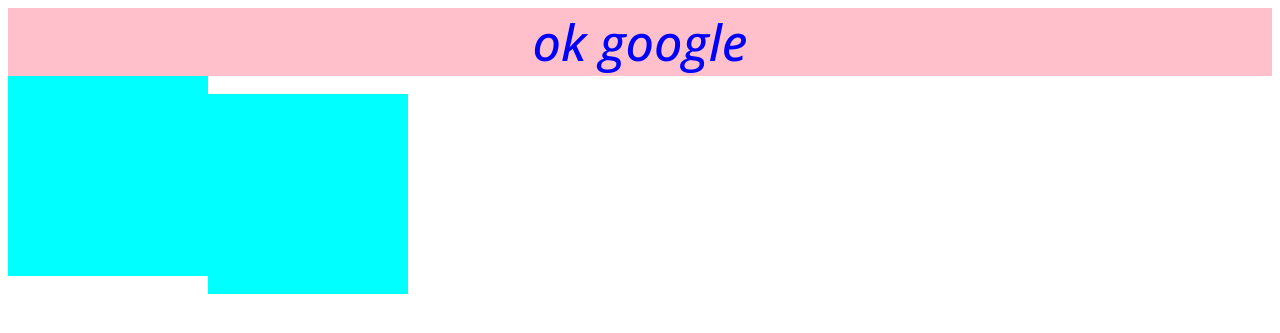
Repository: huyennvo/CSS
Page: index.html
The author's editor kept a copy of each file at every save. The page is drawn from the files as they stood at one save, then again after the next save.
The browser window is 1280 px wide. The pictures show the whole page.

Above is the page before, as saved 2022-07-18 09:42:49.

After the next save:
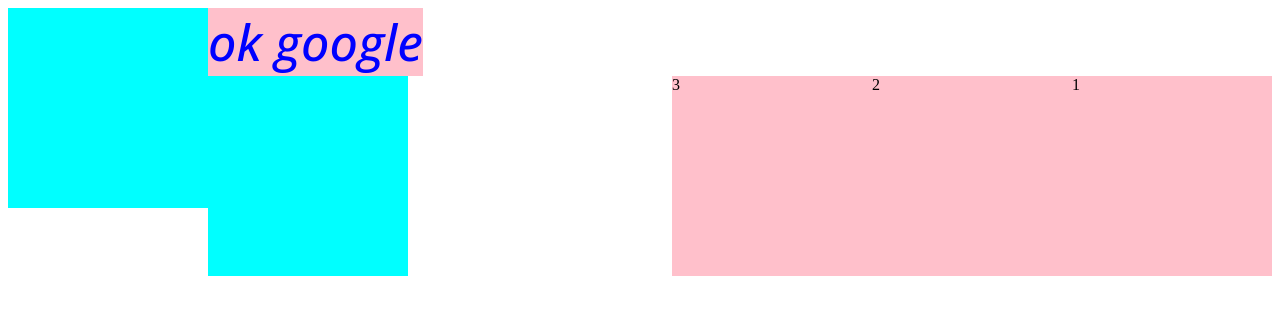
Saved 5 s later.
--- a/index.html
+++ b/index.html
@@ -17,6 +17,8 @@
             font-size: 50px;
             font-weight: 100;
             font-style: italic;
+            display: inline;
+            /* cung 1 dong */
         }
     </style>
     <link rel="stylesheet" href="./index.css">
@@ -33,5 +35,11 @@
     <div class="img">
 
     </div>
+
+    <div class="container-flex">
+        <div class="item">1</div>
+        <div class="item">2</div>
+        <div class="item">3</div>
+    </div>
 </body>
 </html>
